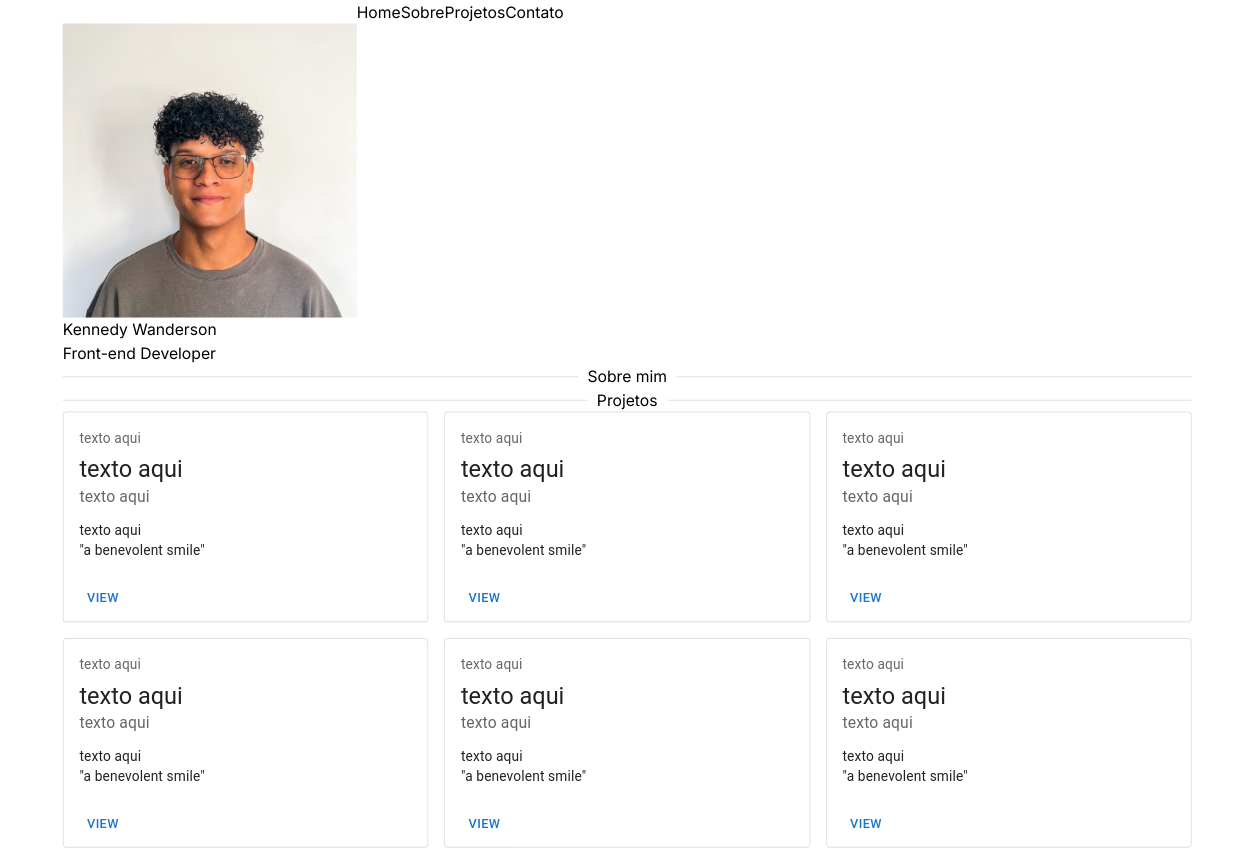
Repository: KennedyWanderson/landing
Page: /
These files come from the project's save history. The page is drawn as it stood at one moment and after a run of saves; the edit follows.
The browser window is 1280 px wide. The pictures show the whole page, at 98% of full size.
The project was rebuilt for these pictures with package versions that can differ from the ones it lists, and the page was loaded fresh each time. Some packages were replaced by stand-ins written for this rebuild. The framework's server and built-in components were replaced by stand-ins that run in the browser. Also part of the build but not shown: next.config.js.

Above is the page before, as saved 2024-01-07 11:35:59.

### src/app/page.tsx
import Content from "@/Components/Content";

export default function Home() {
  return (
    <div>
      <Content />
    </div>
  )
}

### src/app/globals.css
@tailwind base;
@tailwind components;
@tailwind utilities;

:root {
  --foreground-rgb: 0, 0, 0;
  --background-start-rgb: 214, 219, 220;
  --background-end-rgb: 255, 255, 255;
}

@media (prefers-color-scheme: dark) {
  :root {
    --foreground-rgb: 255, 255, 255;
    --background-start-rgb: 0, 0, 0;
    --background-end-rgb: 0, 0, 0;
  }
}


/* body {
  color: rgb(var(--foreground-rgb));
  background: linear-gradient(
      to bottom,
      transparent,
      rgb(var(--background-end-rgb))
    )
    rgb(var(--background-start-rgb));
} */

### src/Components/Content.tsx
import { Container } from "@mui/material";
import Header from "./Header";
import Image from "next/image";
import About from "./About";
import Grid from '@mui/material/Unstable_Grid2';
import Divider from '@mui/material/Divider';
import Projects from "./Projects";
import Contact from "./Contact";

export default function Content(){
    return(
        <Container>
            <Header />
            <Grid>
                <div className="flex flex-col items-center p-5 shadow-md rounded-xl bg-gray-100">
                    <div className="flex items-center justify-center tracking-wider space-x-6 ">
                        <Image className="rounded-full" src="/me.jpeg" alt="" width={300} height={300} />
                        <span className="font-bold font-mono no-italic text-2xl">Kennedy Wanderson <br></br> Front-end Developer</span>
                    </div>
                </div>
            </Grid>
            <Divider>Sobre mim</Divider>
            <Divider>Projetos</Divider>
            <div className="flex flex-col items-center">
                <About />
                {/* <Projects />
                <Contact /> */}
            </div>

        </Container>
    )
}

### src/Components/Header.tsx
import { Container } from "@mui/material";

export default function Header(){
    return(

        <Container maxWidth="sm">
            <div className="flex flex-col items-center m-5">
                <ul className="tracking-wider space-x-6">
                    <a href="#">
                        <span>Home</span>
                    </a>
                    <a href="#">
                        <span>Sobre</span>
                    </a>
                    <a href="#">
                        <span>Projetos</span>
                    </a>
                    <a href="#">
                        <span>Contato</span>
                    </a>
                </ul>
            </div>
        </Container>
    )
}

### src/Components/About.tsx
import * as React from 'react';
import Grid from '@mui/material/Grid';
import OutlinedCard from './Card';

export default function ResponsiveGrid() {
  return (
    <Grid container spacing={2}>
      {Array.from(Array(6)).map((_, index) => (
        <Grid item xs={12} sm={6} md={4} key={index}>
          <OutlinedCard />
        </Grid>
      ))}
    </Grid>
  );
}

### src/Components/Card.tsx
import * as React from 'react';
import Box from '@mui/material/Box';
import Card from '@mui/material/Card';
import CardActions from '@mui/material/CardActions';
import CardContent from '@mui/material/CardContent';
import Button from '@mui/material/Button';
import Typography from '@mui/material/Typography';

interface AboutProps {
    text: string;
    icone?: any;
    url?: string;
    className?: string;
    onClick?: (evento: any) => void;
}

function CardContentComponent(props: AboutProps) {
    return (
        <React.Fragment>
            <CardContent>
                <Typography sx={{ fontSize: 14 }} color="text.secondary" gutterBottom>
                    {props.text}
                </Typography>
                <Typography variant="h5" component="div">
                    {props.text}
                </Typography>
                <Typography sx={{ mb: 1.5 }} color="text.secondary">
                    {props.text}
                </Typography>
                <Typography variant="body2">
                    {props.text}
                    <br />
                    {'"a benevolent smile"'}
                </Typography>
            </CardContent>
            <CardActions>
                <Button size="small">View</Button>
            </CardActions>
        </React.Fragment>
    );
}

export default function OutlinedCard() {
    return (
        <Box sx={{ minWidth: 275 }}>
            <Card variant="outlined">
                {/* Chama o componente CardContentComponent dentro do Card */}
                <CardContentComponent text=" texto aqui" />
            </Card>
        </Box>
    );
}

### src/Components/AnimationComponent.tsx
import { useEffect } from 'react';
import gsap from 'gsap';

const AnimationComponent = () => {
    useEffect(() => {
        const tl = gsap.timeline();
        tl.to('.box', { x: 100, rotation: 360 });
    }, []);

    return (
        <div className="container">
            <style jsx>{`
        .box {
          width: 100px;
          height: 100px;
          background-color: #3498db;
          color: white;
          display: flex;
          justify-content: center;
          align-items: center;
        }
      `}</style>
            <div className="box">Elemento animado</div>
        </div>
    );
};

export default AnimationComponent;

Loaded but not shown: src/app/layout.tsx (common file); tailwind.config.ts (common file)

After the next 5 saves:
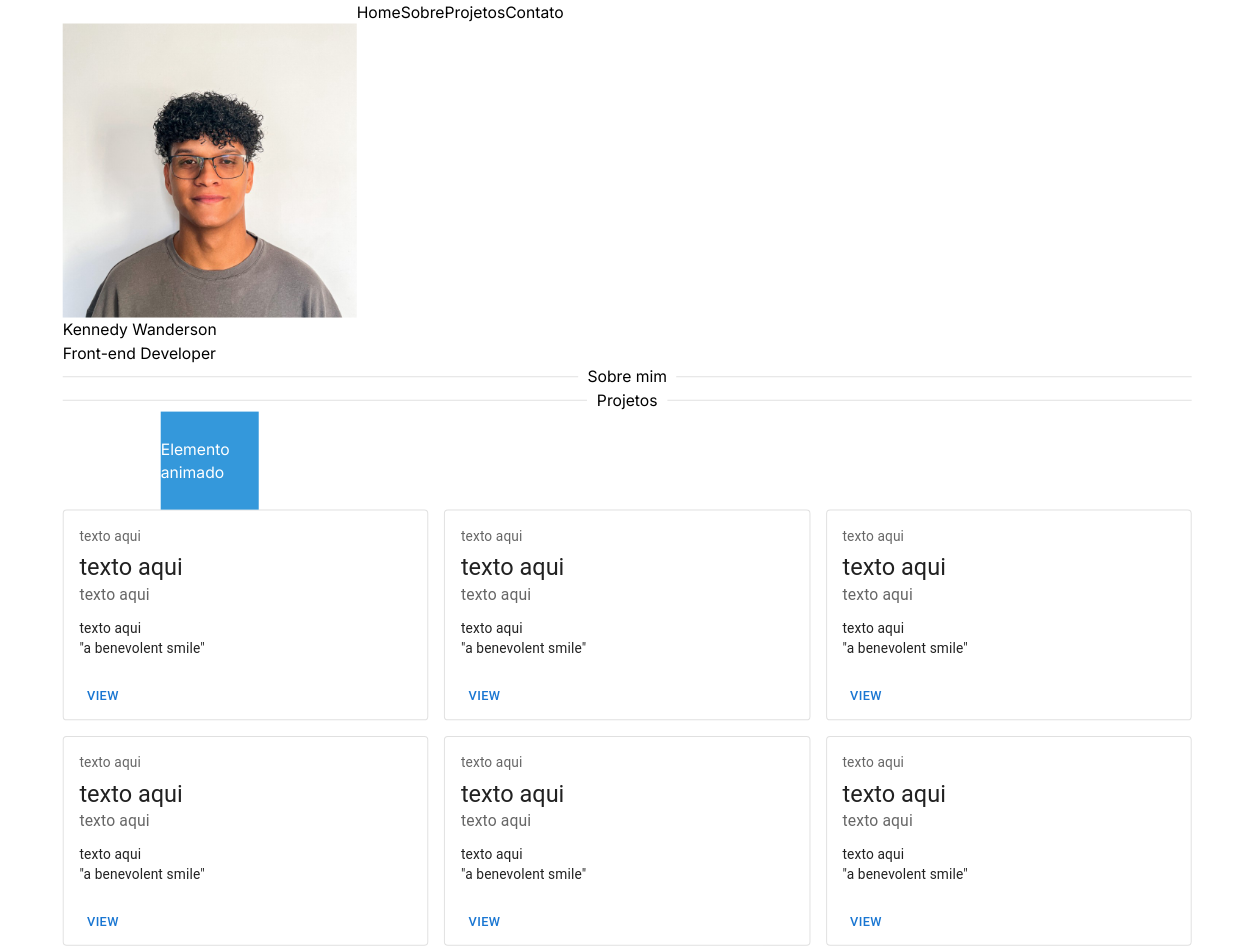
The 5 saves are shown as one change because 3 did not build or start and some came seconds apart.
The last was saved 65 s later.
--- a/src/Components/Content.tsx
+++ b/src/Components/Content.tsx
@@ -6,6 +6,7 @@ import Grid from '@mui/material/Unstable_Grid2';
 import Divider from '@mui/material/Divider';
 import Projects from "./Projects";
 import Contact from "./Contact";
+import AnimationComponent from "./AnimationComponent";
 
 export default function Content(){
     return(
@@ -21,6 +22,7 @@ export default function Content(){
             </Grid>
             <Divider>Sobre mim</Divider>
             <Divider>Projetos</Divider>
+            <AnimationComponent />
             <div className="flex flex-col items-center">
                 <About />
                 {/* <Projects />
